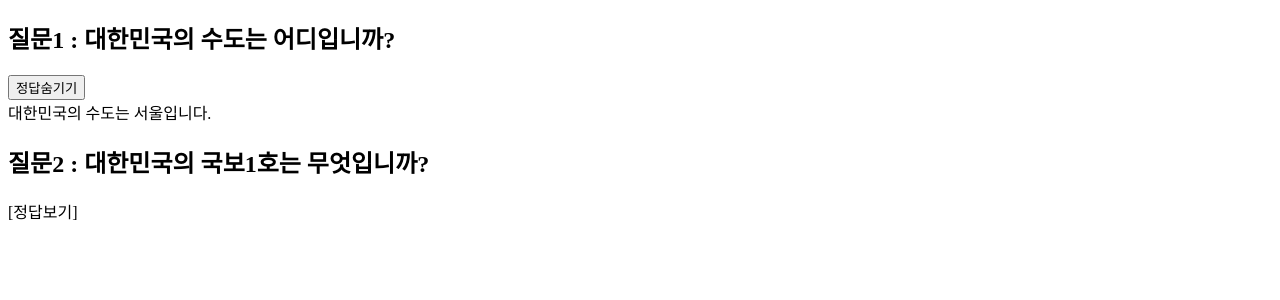
Repository: yoojisoo/YONSAI
Page: http://localhost/teatJava/html/script05.jsp
An editor plug-in stored every save of this project. The page is shown before and after the next save, followed by the edit.
The browser window is 1280 px wide. The pictures show the whole page.
After loading, the first visible `button.q1` was clicked once.
The page is served by Tomcat 9.

Above is the page before, as saved 2021-08-20 05:39:54.

### jsworkspace/teatJava/src/main/webapp/html/script05.jsp
<%@ page language="java" contentType="text/html; charset=UTF-8"
    pageEncoding="UTF-8"%>
<!DOCTYPE html>
<html>
<head>
<meta charset="UTF-8">
<title>정답보기</title>
<script src="../js/jquery-3.6.0.js"></script> <!--제이쿼리라이브러리-->
<script>
	var count1=0;
	var count2=0;
	$(document).ready(function(){
		$("ans").hide();
		$("button.q1").click(function(){
			count1++;
				if(count1%2==1){
					$("ans.q1").show();
					$("button.q1").text("정답숨기기");

				}else{
					$("ans.q1").hide();
					$("button.q1").text("정답보기");
				}
		});
		$("p.q2").click(function(){
			count2++;
				if(count2%2==1){
					$("ans.q2").show();

				}else{
					$("ans.q2").hide();
				}
		});
	});
</script>
</head>
<body>
	<h2>질문1 : 대한민국의 수도는 어디입니까?</h2>
		<button class="q1">정답보기</button><br>
		<ans class="q1">대한민국의 수도는 서울입니다.</ans>


	<h2>질문2 : 대한민국의 국보1호는 무엇입니까?</h2>
		<p class="q2">[정답보기]</p>
		<ans class="q2">대한민국의 국보1호는 숭례문입니다.</ans>
</body>
</html>

Loaded but not shown: jsworkspace/teatJava/src/main/webapp/js/jquery-3.6.0.js (library)

After the next save:
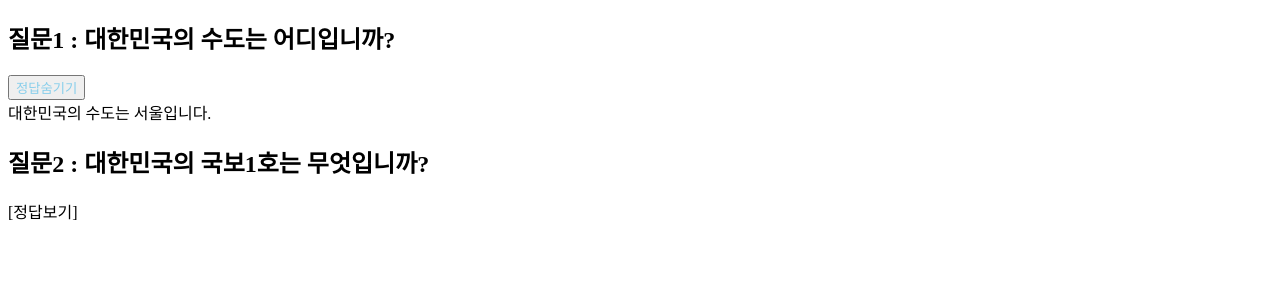
Saved 42 s later.
--- a/jsworkspace/teatJava/src/main/webapp/html/script05.jsp
+++ b/jsworkspace/teatJava/src/main/webapp/html/script05.jsp
@@ -16,6 +16,7 @@
 				if(count1%2==1){
 					$("ans.q1").show();
 					$("button.q1").text("정답숨기기");
+					$("button.q1").css("color","skyblue");
 
 				}else{
 					$("ans.q1").hide();
